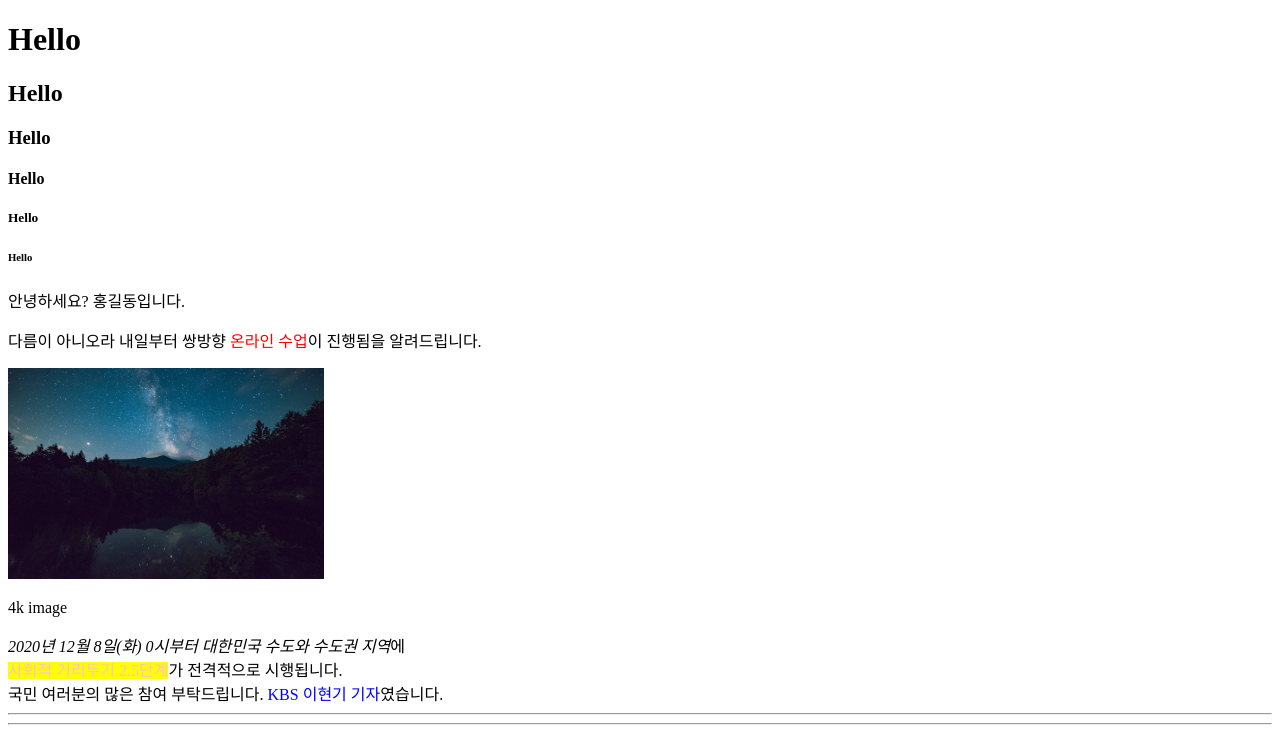
Repository: woneeseo/javastudy
Page: htmlStudy/workspace_html/HelloWorld/WebContent/f.html
The author's editor kept a copy of each file at every save. The page is drawn from the files as they stood at one save, then again after the next save.
The browser window is 1280 px wide. The pictures show the whole page.

Above is the page before, as saved 2020-12-07 05:11:57.

### htmlStudy/workspace_html/HelloWorld/WebContent/f.html
<!DOCTYPE html>
<html>
<head>
<meta charset="UTF-8">
<title>Insert title here</title>
</head>
<body>
<!-- 헤더태그 -->
<!-- 블락태그 -> 위/아래 자동 줄바꿈 발생 -->

<h1>Hello</h1>
<!-- h1이 제목으로 많이 쓰임 -->
<h2>Hello</h2>
<h3>Hello</h3>
<!-- 부제목으로 h3이 자주 쓰임 -->
<h4>Hello</h4>
<h5>Hello</h5>
<h6>Hello</h6>


<p>
<!-- 문단을 표기할 때 주로 <p></p>를 씀 (문장이 여러개를 이루어 문단을 이룰 때) -->
	안녕하세요?
	홍길동입니다.
	<!-- <br>태그를 넣어야 줄바꿈이 일어난다. -->
	<!-- 이클립스에서 엔터로 줄바꿔 쓴다고 하더라도 출력은 한줄로 됨 -->
</p>

<p>

	다름이 아니오라
	내일부터 쌍방향 <span style="color: red">온라인 수업</span>이 진행됨을 알려드립니다.
	<!-- <p>태그는 일반적으로 텍스트를 넣어주고 내부에 태그가 들어가는 일이 거의 없으나 -->
	<!-- <span></span> css에서 문장 내에서 특정한 글씨에 효과를 줄 때 사용함 -->
</p>

<div>

	<img style="width: 25%; height: 25%;" alt="4k image" src="test.jpeg"><br>
	<p>4k image</p>
	<!-- div는 태그를 넣어서 쓰기 위해 사용함 / 컨테이너 역할을 함 -->
	<!-- img태그와 p태그를 한 덩어리로 쓰기 위해서 사용함 -->
	<!-- div는 내부에 어떤 내용이 들어있는지 알 수 없음. 그래서 사용하는것이 section 태그 -->

</div>

<section>
	<article>
	<!-- section / article : 시멘틱 태그 (의미가 있는 태그명) -->
		<i>2020년 12월 8일(화) 0시부터</i> <em>대한민국 수도와 수도권 지역</em>에 <br>
		<mark style="color: pink">사회적 거리두기 2.5단계</mark>가 전격적으로 시행됩니다. <br>
		국민 여러분의 많은 참여 부탁드립니다. <span style="color: blue">KBS 이현기 기자</span>였습니다.
		<!-- i태그 : 이탤릭체 / em태그 : 강조하기 위해서 기울여 쓸 때(기울임체 emphasis) -->
		<!-- 결과는 똑같지만 em태그는 시각장애인용 시스템에서 강조해서 읽어들여지는 기능을 함 -->
		<!-- <mark> : 형광펜으로 칠한 듯 한 강조표기를 할 수 있음 -->
	</article>
</section>

<hr>
<hr>
<!-- 웹 페이지에 가로줄 넣기 : horizontal tag -->
<!-- 보통 css에서 div에서 아랫줄만 표시 해 가로줄 넣는 것이 일반적임 -->




</body>
</html>

After the next save:
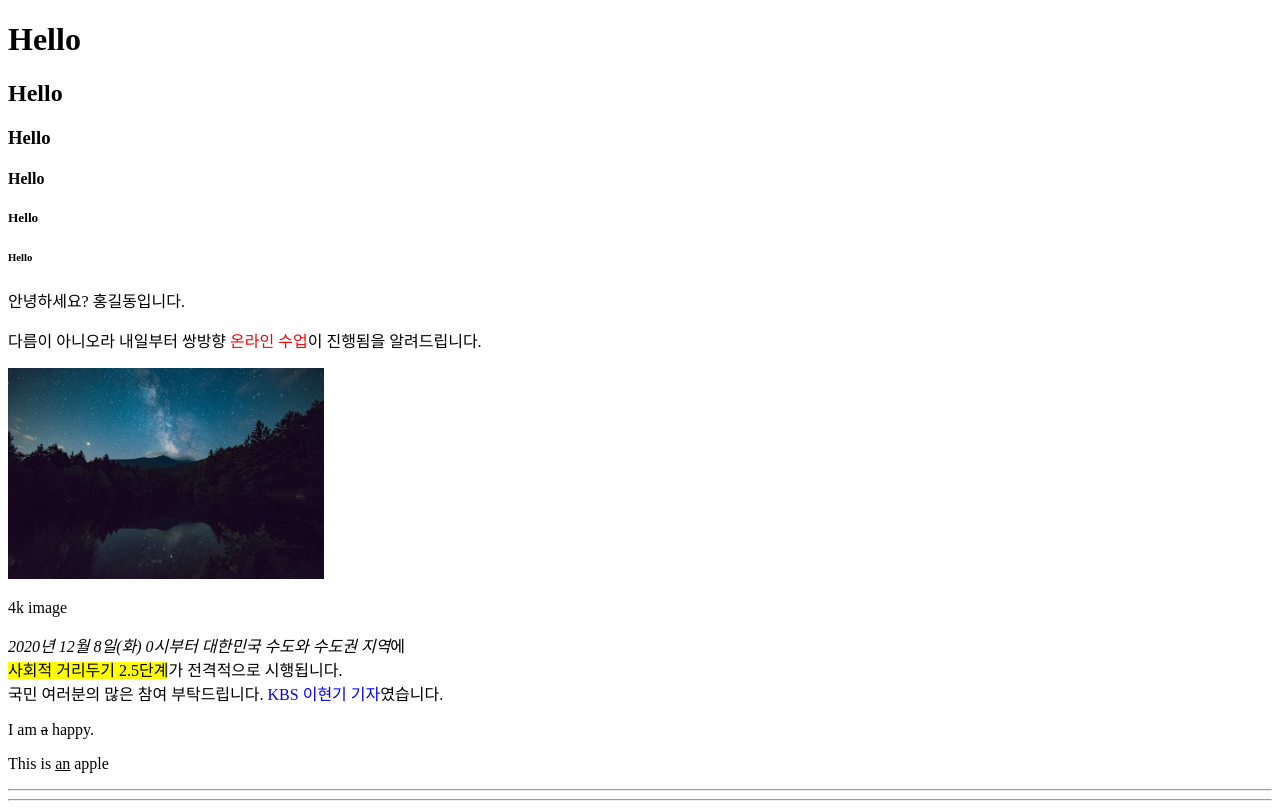
Saved 3 min 10 s later.
--- a/htmlStudy/workspace_html/HelloWorld/WebContent/f.html
+++ b/htmlStudy/workspace_html/HelloWorld/WebContent/f.html
@@ -48,13 +48,19 @@
 	<article>
 	<!-- section / article : 시멘틱 태그 (의미가 있는 태그명) -->
 		<i>2020년 12월 8일(화) 0시부터</i> <em>대한민국 수도와 수도권 지역</em>에 <br>
-		<mark style="color: pink">사회적 거리두기 2.5단계</mark>가 전격적으로 시행됩니다. <br>
+		<mark>사회적 거리두기 2.5단계</mark>가 전격적으로 시행됩니다. <br>
 		국민 여러분의 많은 참여 부탁드립니다. <span style="color: blue">KBS 이현기 기자</span>였습니다.
 		<!-- i태그 : 이탤릭체 / em태그 : 강조하기 위해서 기울여 쓸 때(기울임체 emphasis) -->
 		<!-- 결과는 똑같지만 em태그는 시각장애인용 시스템에서 강조해서 읽어들여지는 기능을 함 -->
 		<!-- <mark> : 형광펜으로 칠한 듯 한 강조표기를 할 수 있음 -->
 	</article>
 </section>
+
+<p>I am <del>a</del> happy.</p>
+<p>This is <ins>an</ins> apple</p>
+
+<!-- del : 지워야 하는 태그일 때 (중간선) / ins : 반드시 있어야만 하는 태그일 때 (밑줄)-->
+
 
 <hr>
 <hr>
